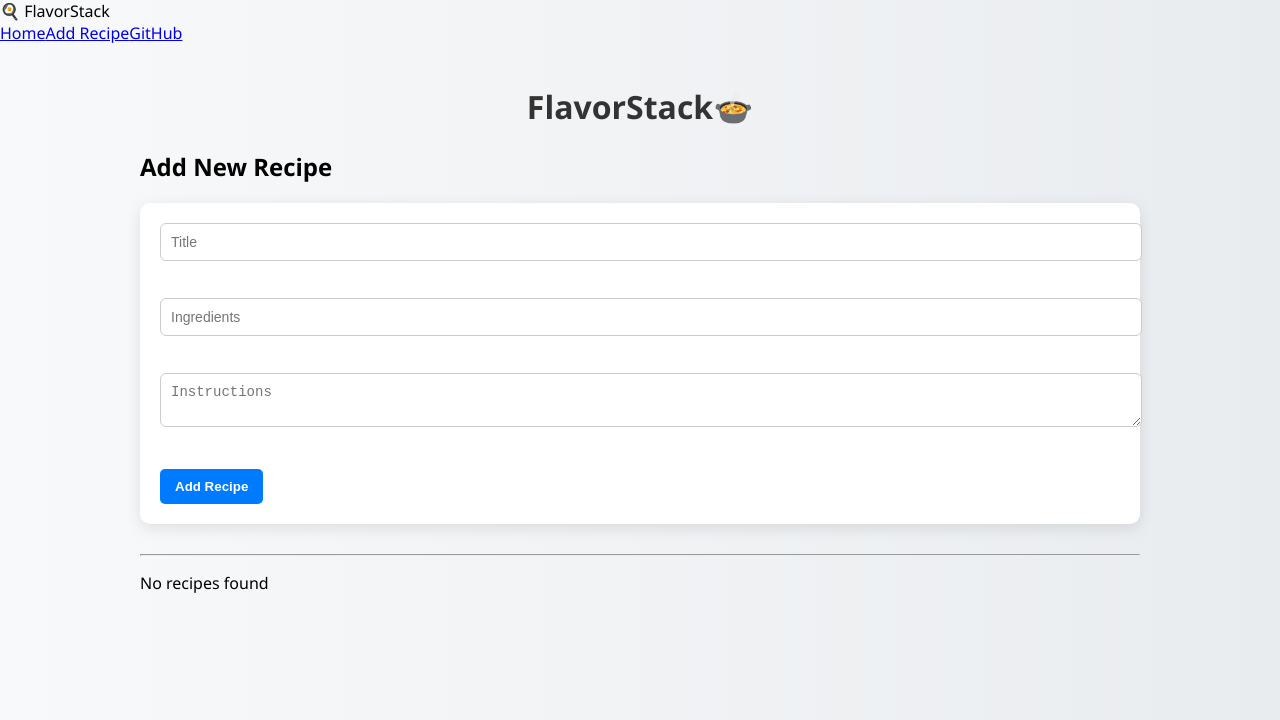
Repository: arshathdevo/recipeblogfrontend
Page: /
An editor plug-in stored every save of this project. The page is shown before and after a run of saves, followed by the edit.
The browser window is 1280 px wide. The pictures show the whole page.
The page's requests for data from a server got no answer. The project was rebuilt for these pictures with package versions that can differ from the ones it lists, and the page was loaded fresh each time. No one was signed in, and anything a server would have sent is missing.

Above is the page before, as saved 2026-02-14 12:07:33.

After the next 2 saves:
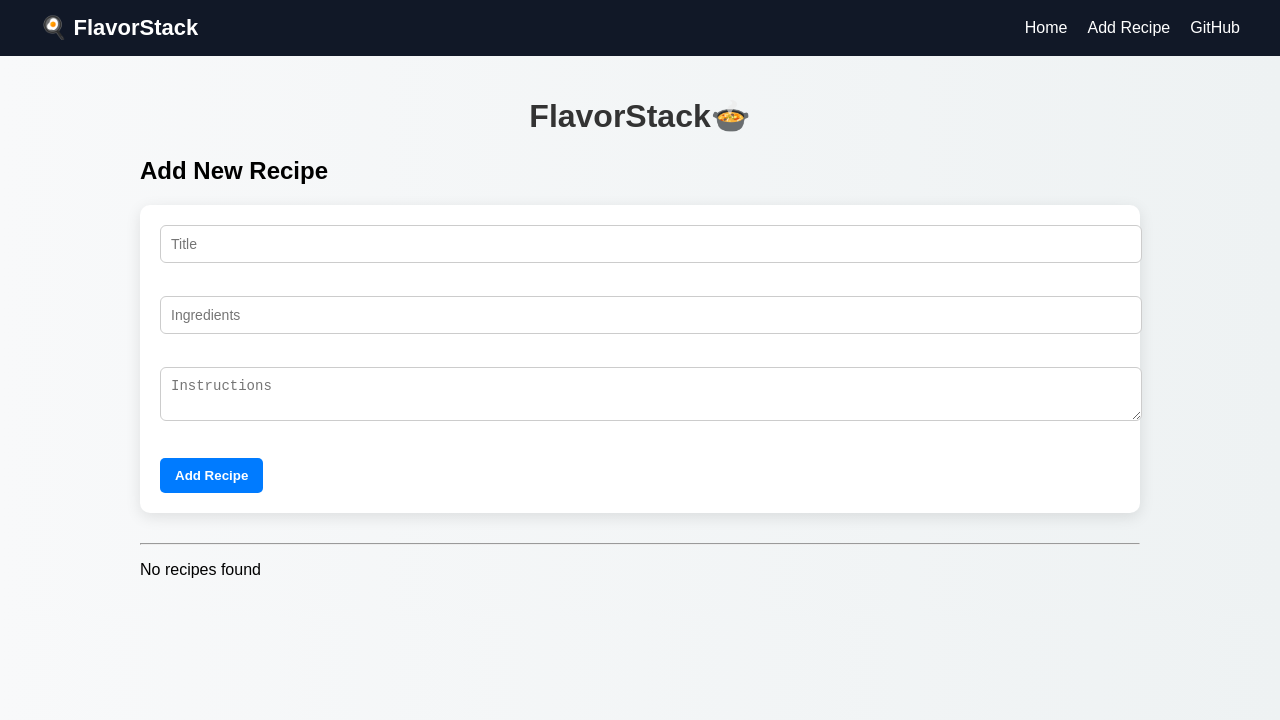
The 2 saves are shown as one change because they came seconds apart.
The last was saved 52 s later.
--- a/src/App.css
+++ b/src/App.css
@@ -1,8 +1,41 @@
 body {
   margin: 0;
-  font-family: 'Segoe UI', Tahoma, Geneva, Verdana, sans-serif;
-  background: linear-gradient(to right, #f8f9fa, #e9ecef);
+  font-family: 'Poppins', sans-serif;
+  background: linear-gradient(to right, #f8f9fa, #eef2f3);
 }
+
+.header {
+  display: flex;
+  justify-content: space-between;
+  align-items: center;
+  padding: 15px 40px;
+  background: #111827;
+  color: white;
+  position: sticky;
+  top: 0;
+  z-index: 1000;
+}
+
+.logo {
+  font-size: 22px;
+  font-weight: bold;
+}
+
+nav a {
+  color: white;
+  margin-left: 20px;
+  text-decoration: none;
+  transition: 0.3s;
+}
+
+nav a:hover {
+  color: #facc15;
+}
+
+.container {
+  padding: 40px;
+}
+
 
 .container {
   max-width: 1000px;
